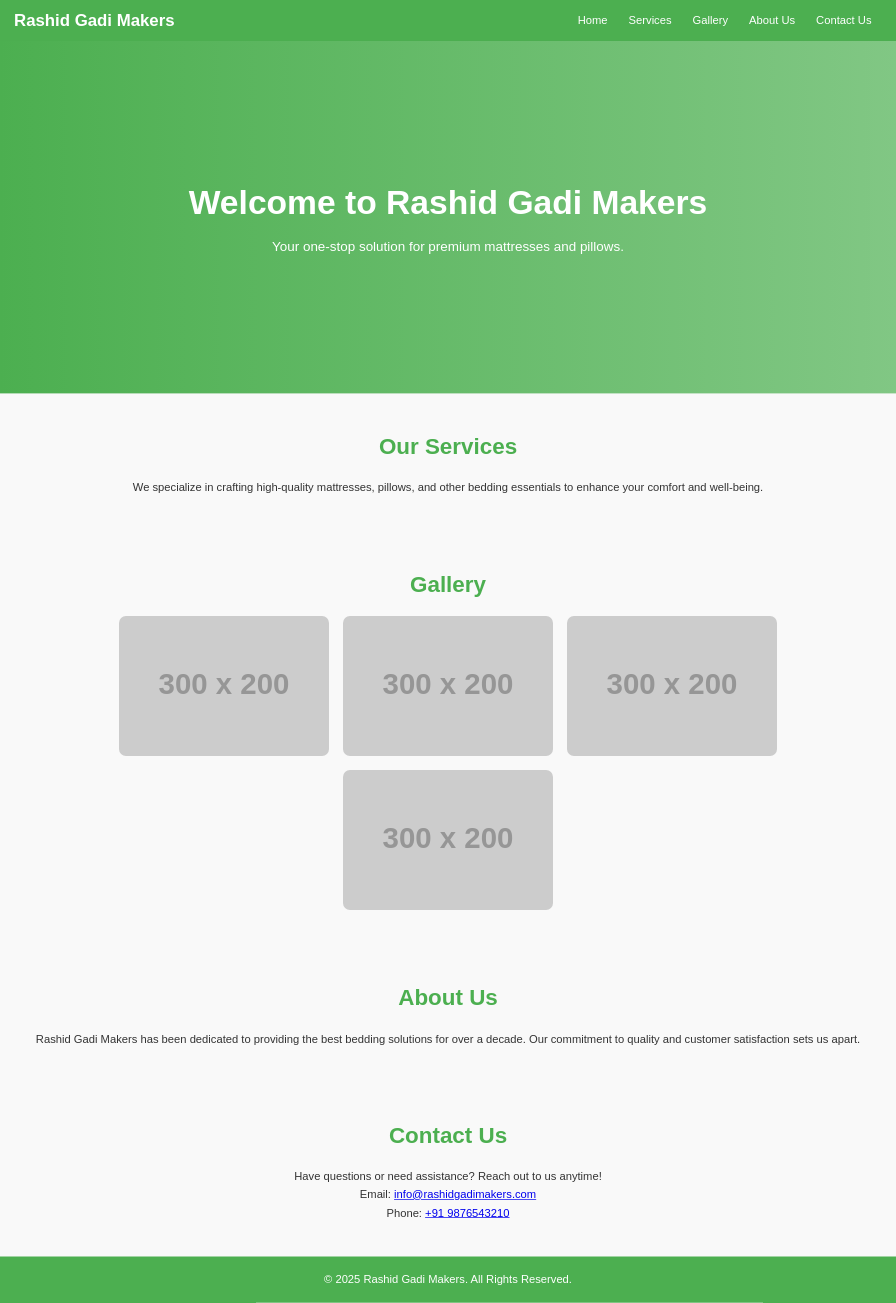
Repository: nadafgroup/rashidgadiUI
Page: src/home.html
These files come from the project's save history. The page is drawn as it stood at one moment and after the next save; the edit follows.
The browser window is 1280 px wide. The pictures show the whole page, at 70% of full size.

Above is the page before, as saved 2025-01-23 10:31:01.

After the next save:
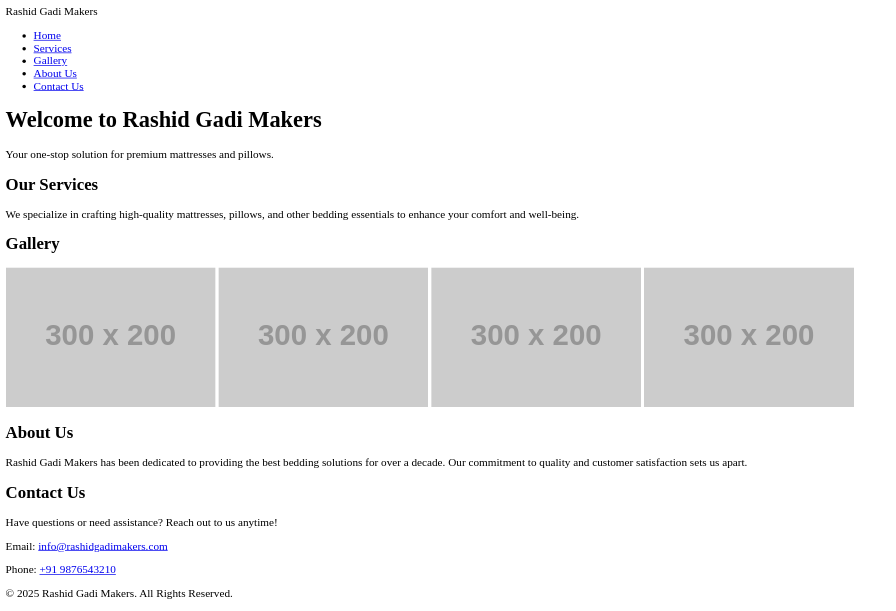
Saved 2 min 32 s later.
--- a/src/home.html
+++ b/src/home.html
@@ -4,125 +4,7 @@
     <meta charset="UTF-8">
     <meta name="viewport" content="width=device-width, initial-scale=1.0">
     <title>Rashid Gadi Makers</title>
-    <style>
-        /* Reset and Basic Styling */
-        * {
-            margin: 0;
-            padding: 0;
-            box-sizing: border-box;
-        }
 
-        body {
-            font-family: Arial, sans-serif;
-            line-height: 1.6;
-            background-color: #f9f9f9;
-            color: #333;
-        }
-
-        /* Navbar Styles */
-        .navbar {
-            display: flex;
-            justify-content: space-between;
-            align-items: center;
-            padding: 10px 20px;
-            background-color: #4CAF50;
-            color: white;
-            position: sticky;
-            top: 0;
-            z-index: 1000;
-        }
-
-        .navbar .logo {
-            font-size: 1.5rem;
-            font-weight: bold;
-        }
-
-        .navbar ul {
-            list-style: none;
-            display: flex;
-        }
-
-        .navbar ul li {
-            margin: 0 15px;
-        }
-
-        .navbar ul li a {
-            text-decoration: none;
-            color: white;
-            transition: color 0.3s;
-        }
-
-        .navbar ul li a:hover {
-            color: #ddd;
-        }
-
-        /* Hero Section */
-        .hero {
-            display: flex;
-            justify-content: center;
-            align-items: center;
-            text-align: center;
-            background: linear-gradient(to right, #4CAF50, #81C784);
-            color: white;
-            height: 70vh;
-            padding: 20px;
-        }
-
-        .hero h1 {
-            font-size: 3rem;
-        }
-
-        .hero p {
-            font-size: 1.2rem;
-            margin-top: 10px;
-        }
-
-        /* Section Styles */
-        section {
-            padding: 50px 20px;
-            text-align: center;
-        }
-
-        section h2 {
-            margin-bottom: 20px;
-            font-size: 2rem;
-            color: #4CAF50;
-        }
-
-        .gallery {
-            display: flex;
-            flex-wrap: wrap;
-            justify-content: center;
-            gap: 20px;
-        }
-
-        .gallery img {
-            width: 300px;
-            height: 200px;
-            object-fit: cover;
-            border-radius: 10px;
-        }
-
-        /* Footer Styles */
-        footer {
-            text-align: center;
-            padding: 20px;
-            background-color: #4CAF50;
-            color: white;
-        }
-
-        /* Responsive Design */
-        @media (max-width: 768px) {
-            .hero h1 {
-                font-size: 2.5rem;
-            }
-
-            .gallery img {
-                width: 100%;
-                max-width: 400px;
-            }
-        }
-    </style>
 </head>
 <body>
     <!-- Navbar -->

After the 4 saves that followed:
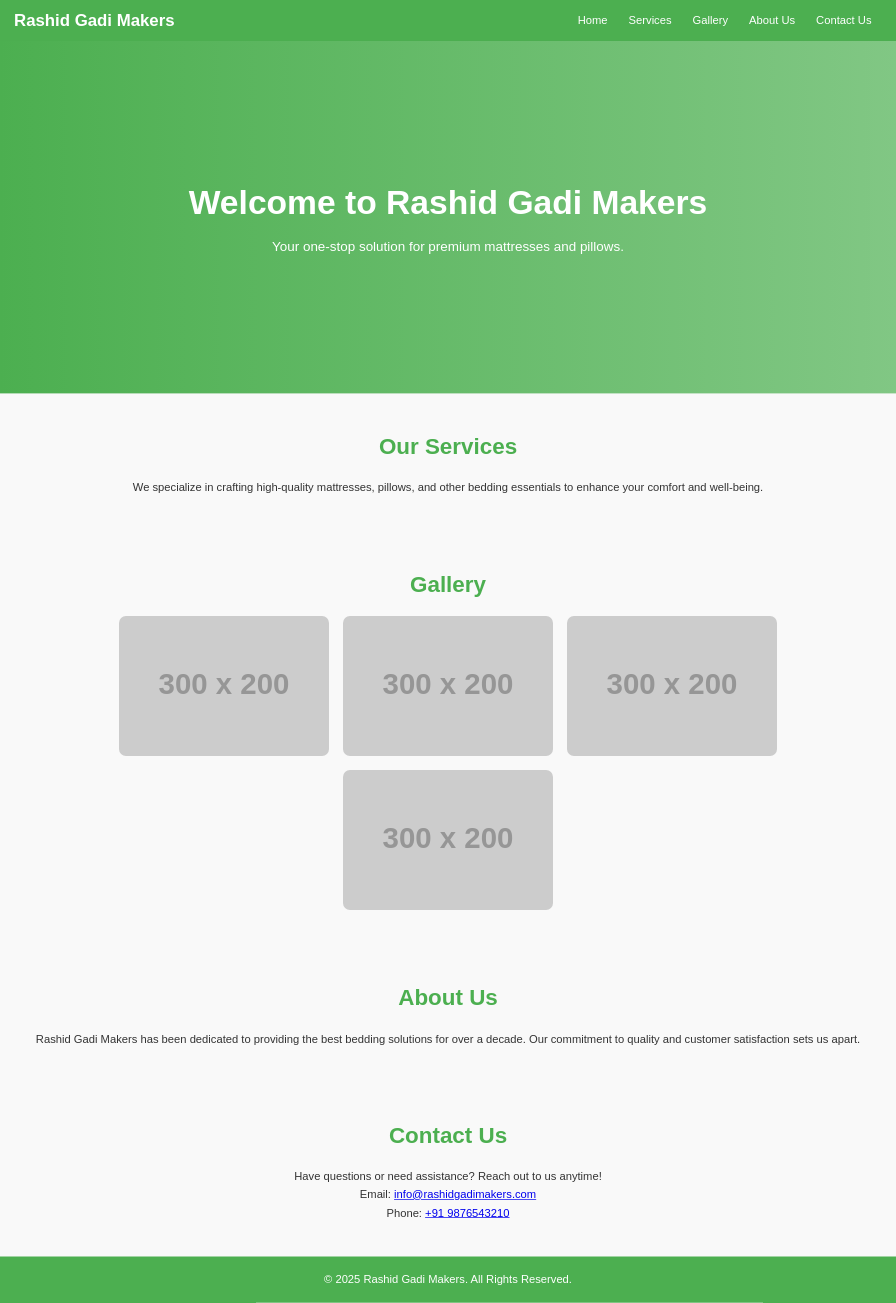
The 4 saves are shown as one change because 3 left the picture as it was.
The last was saved 38 s later.
--- a/src/home.html
+++ b/src/home.html
@@ -4,7 +4,7 @@
     <meta charset="UTF-8">
     <meta name="viewport" content="width=device-width, initial-scale=1.0">
     <title>Rashid Gadi Makers</title>
-
+   <link rel="stylesheet" href="./home.css">
 </head>
 <body>
     <!-- Navbar -->
--- /dev/null
+++ b/src/home.css
@@ -0,0 +1,119 @@
+
+
+/* Reset and Basic Styling */
+* {
+    margin: 0;
+    padding: 0;
+    box-sizing: border-box;
+}
+
+body {
+    font-family: Arial, sans-serif;
+    line-height: 1.6;
+    background-color: #f9f9f9;
+    color: #333;
+}
+
+/* Navbar Styles */
+.navbar {
+    display: flex;
+    justify-content: space-between;
+    align-items: center;
+    padding: 10px 20px;
+    background-color: #4CAF50;
+    color: white;
+    position: sticky;
+    top: 0;
+    z-index: 1000;
+}
+
+.navbar .logo {
+    font-size: 1.5rem;
+    font-weight: bold;
+}
+
+.navbar ul {
+    list-style: none;
+    display: flex;
+}
+
+.navbar ul li {
+    margin: 0 15px;
+}
+
+.navbar ul li a {
+    text-decoration: none;
+    color: white;
+    transition: color 0.3s;
+}
+
+.navbar ul li a:hover {
+    color: #ddd;
+}
+
+/* Hero Section */
+.hero {
+    display: flex;
+    justify-content: center;
+    align-items: center;
+    text-align: center;
+    background: linear-gradient(to right, #4CAF50, #81C784);
+    color: white;
+    height: 70vh;
+    padding: 20px;
+}
+
+.hero h1 {
+    font-size: 3rem;
+}
+
+.hero p {
+    font-size: 1.2rem;
+    margin-top: 10px;
+}
+
+/* Section Styles */
+section {
+    padding: 50px 20px;
+    text-align: center;
+}
+
+section h2 {
+    margin-bottom: 20px;
+    font-size: 2rem;
+    color: #4CAF50;
+}
+
+.gallery {
+    display: flex;
+    flex-wrap: wrap;
+    justify-content: center;
+    gap: 20px;
+}
+
+.gallery img {
+    width: 300px;
+    height: 200px;
+    object-fit: cover;
+    border-radius: 10px;
+}
+
+/* Footer Styles */
+footer {
+    text-align: center;
+    padding: 20px;
+    background-color: #4CAF50;
+    color: white;
+}
+
+/* Responsive Design */
+@media (max-width: 768px) {
+    .hero h1 {
+        font-size: 2.5rem;
+    }
+
+    .gallery img {
+        width: 100%;
+        max-width: 400px;
+    }
+}
